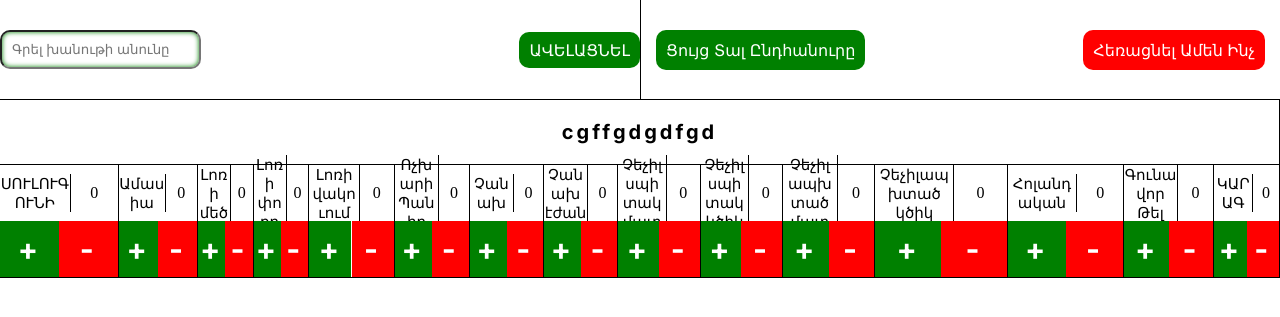
Repository: AbApin/amasia
Page: /
An editor plug-in stored every save of this project. The page is shown before and after the next save, followed by the edit.
The browser window is 1280 px wide. The pictures show the whole page.
The project was rebuilt for these pictures with package versions that can differ from the ones it lists, and the page was loaded fresh each time. Also part of the build but not shown: vue.config.js.

Above is the page before, as saved 2023-02-03 11:49:53.

### public/index.html
<!DOCTYPE html>
<html lang="">
  <head>
    <meta charset="utf-8" />
    <meta http-equiv="X-UA-Compatible" content="IE=edge" />
    <meta name="viewport" content="width=device-width,initial-scale=1.0" />
    <link rel="icon" href="<%= BASE_URL %>favicon.ico" />
    <title><%= htmlWebpackPlugin.options.title %></title>
    <link
      href="https://fonts.googleapis.com/css?family=Inter:100,200,300,regular,500,600,700,800,900"
      rel="stylesheet"
    />
  </head>
  <body>
    <noscript>
      <strong
        >We're sorry but <%= htmlWebpackPlugin.options.title %> doesn't work properly without
        JavaScript enabled. Please enable it to continue.</strong
      >
    </noscript>
    <div id="app"></div>
    <!-- built files will be auto injected -->
  </body>
</html>

### src/main.js
import Vue from 'vue';
import App from './App.vue';
import store from './store';
store.subscribe((mutation, state) => {
  localStorage.setItem('xanutner', JSON.stringify(state.xanutner));
  localStorage.setItem('datarkXanutner', JSON.stringify(state.isEmpty));
});
Vue.config.productionTip = false;

new Vue({
  store,
  render: (h) => h(App),
}).$mount('#app');

### src/App.vue
<template>
  <div id="app">
    <div class="header">
      <div class="avelacnelXanut">
        <input type="text" class="avelacnelInput" placeholder="Գրել խանութի անունը">
        <button class="avelacnelBtn">Ավելացնել</button>
      </div>
      <div class="cuycTal">
        <button class="cuycTalBtn" @click="isClick = true">ցույց տալ ընդհանուրը</button>
        <button class="heracnelBtn" @click="REMOVEALL">հեռացնել ամեն ինչ</button>
      </div>
      <div v-show="isClick" class="endhanurQanak">
        <button @click="isClick = false" class="closeBtn">X</button>
        <div class="endhanurQanakInner" :class="!ISEMPTY ? 'ovAuto' : ''">
          <p v-if="ISEMPTY" class="noProducts">Ոչ մի ապրանք</p>
          <ul class="endhanurQanakiList">
            <li
              v-for="xanutiAnun in Object.keys(ZAKAZNER)"
              :key="xanutiAnun"
              class="endhanurQanakiListItem"
            >
              <p class="endhanurQanakiListItemXanutiAnun">{{ xanutiAnun }}</p>
              <ul class="endhanurApranqneriList">
                <li
                  v-for="endhanurApranq in ZAKAZNER[xanutiAnun]"
                  :key="endhanurApranq.anun"
                  class="endhanurApranqneriListItem"
                >
                  <p class="endhanurApranqneriListItemAnun">{{ endhanurApranq.anun }}</p>
                  <p class="endhanurApranqneriListItemQanak">{{ endhanurApranq.qanak }}</p>
                </li>
              </ul>
            </li>
          </ul>
        </div>
      </div>
    </div>
    <div class="content">
      <ul class="contentList">
        <li v-for="xanutiAnun in Object.keys(XANUTNER)" :key="xanutiAnun" class="contentItem">
          <p class="xanutiAnun">{{ xanutiAnun }}</p>
          <ul class="apranqneriList">
            <li
              v-for="(apranq, apranqiHamar) in XANUTNER[xanutiAnun]"
              :key="apranqiHamar"
              class="apranqneriListItem"
            >
              <div class="apranqiText">
                <p class="apranqiAnun">{{ apranq.anun }}</p>
                <p class="apranqiQanak">{{ apranq.qanak }}</p>
              </div>
              <div class="apranqiAvelPakas">
                <button class="plus apranqiBtn" @click="AVELACNEL({ xanutiAnun, apranqiHamar })">
                  +
                </button>
                <button class="minus apranqiBtn" @click="PAKASACNEL({ xanutiAnun, apranqiHamar })">
                  -
                </button>
              </div>
            </li>
          </ul>
        </li>
      </ul>
    </div>
  </div>
</template>

<script>
import { mapGetters, mapMutations } from 'vuex';
export default {
  name: 'App',
  components: {},
  data() {
    return {
      isClick: false,
    };
  },
  beforeMount() {
    this.INITIAL();
  },
  methods: {
    ...mapMutations(['AVELACNEL', 'PAKASACNEL', 'INITIAL', 'REMOVEALL']),
  },
  computed: {
    ...mapGetters(['XANUTNER', 'ZAKAZNER', 'ISEMPTY']),
  },
};
</script>

<style>
@import './app.css';
</style>

### src/store/index.js
import Vuex from 'vuex';
import Vue from 'vue';

Vue.use(Vuex);

const store = new Vuex.Store({
  state: {
    xanutner: {
      cgffgdgdfgd: [
        { anun: 'ՍՈՒԼՈՒԳՈՒՆԻ', qanak: 0 },
        { anun: 'Ամասիա', qanak: 0 },
        { anun: 'Լոռի մեծ', qanak: 0 },
        { anun: 'Լոռի փոքր', qanak: 0 },
        { anun: 'Լոռի վակուում', qanak: 0 },
        { anun: 'Ոչխարի Պանիր', qanak: 0 },
        { anun: 'Չանախ', qanak: 0 },
        { anun: 'Չանախ էժան', qanak: 0 },
        { anun: 'Չեչիլ սպիտակ մատ', qanak: 0 },
        { anun: 'Չեչիլ սպիտակ կծիկ', qanak: 0 },
        { anun: 'Չեչիլ ապխտած մատ', qanak: 0 },
        { anun: 'Չեչիլապխտած կծիկ', qanak: 0 },
        { anun: 'Հոլանդական', qanak: 0 },
        { anun: 'Գունավոր Թել', qanak: 0 },
        { anun: 'ԿԱՐԱԳ', qanak: 0 },
      ],
    },
    isEmpty: true,
  },
  mutations: {
    AVELACNEL(state, payload) {
      state.xanutner[payload.xanutiAnun][payload.apranqiHamar].qanak += 1;
    },
    PAKASACNEL(state, payload) {
      let qanak = state.xanutner[payload.xanutiAnun][payload.apranqiHamar].qanak;
      if (qanak >= 1) {
        state.xanutner[payload.xanutiAnun][payload.apranqiHamar].qanak -= 1;
      }
      console.log(state.$getters.ZAKAZNER);
    },
    INITIAL(state) {
      if (localStorage.getItem('xanutner')) {
        state.xanutner = JSON.parse(localStorage.xanutner);
      } else if (localStorage.getItem('datarkXanutner')) {
        state.isEmpty = JSON.parse(localStorage.datarkXanutner);
      }
    },
    REMOVEALL(state) {
      Object.keys(state.xanutner).forEach((xanut) => {
        state.xanutner[xanut].map((el) => {
          el.qanak = 0;
        });
      });
      state.isEmpty = true;
    },
  },
  getters: {
    XANUTNER(state) {
      localStorage.setItem('key', JSON.stringify(state));
      return state.xanutner;
    },
    ZAKAZNER(state) {
      let zakazner = {};
      Object.keys(state.xanutner).forEach((xanut) => {
        zakazner[xanut] = state.xanutner[xanut].filter(function (el) {
          return el.qanak > 0;
        });
        if (zakazner[xanut].length === 0) {
          delete zakazner[xanut];
        }
      });
      Object.keys(zakazner).forEach((zakaz) => {
        if (zakazner[zakaz].length === 0) {
          state.isEmpty = true;
        } else {
          state.isEmpty = false;
        }
      });

      return zakazner;
    },
    ISEMPTY(state) {
      return state.isEmpty;
    },
  },
});

export default store;

### src/app.css
*,
*::after,
*::before {
  margin: 0;
  padding: 0;
  box-sizing: border-box;
}
ul {
  list-style: none;
}
#app {
  display: flex;
  flex-direction: column;
  min-height: 100vh;
}
.header {
  display: flex;
  justify-content: space-between;
  width: 100%;
  height: 100px;
  border-bottom: 1px solid #000;
}
.avelacnelXanut {
  display: flex;
  justify-content: space-between;
  width: 50%;
  gap: 20px;
  align-items: center;
}
.avelacnelBtn {
  font-family: 'Inter';
  font-size: 16px;
  line-height: 1;
  text-transform: uppercase;
  border: none;
  padding: 10px;
  background: green;
  color: #fff;
  border-radius: 10px;
}
.avelacnelInput {
  padding: 10px;
  border-radius: 10px;
  outline: none;
  box-shadow: inset 0 0 5px green;
}
.contentList {
  display: flex;
  flex-direction: column;
}
.contentItem {
  display: flex;
  flex-direction: column;
  justify-content: space-between;
}
.xanutiAnun {
  display: flex;
  align-items: center;
  justify-content: center;
  width: 100%;
  font-family: 'Inter';
  font-size: 20px;
  font-weight: 700;
  letter-spacing: 3px;
  word-wrap: break-word;
  padding: 20px 30px;
  border: 1px solid #000;
  border-top: 0;
  border-left: 0;
}
.apranqneriList {
  width: 100%;
  display: flex;
  justify-content: space-between;
}
.apranqneriListItem {
  display: flex;
  flex-direction: column;
  flex: 1 1 0;
  border: 1px solid #000;
  border-top: 0;
  border-left: 0;
}
.apranqiText {
  display: flex;
  justify-content: space-between;
  align-items: center;
  height: 50%;
}
.apranqiAnun {
  font-family: 'Inter';
  font-size: 15px;
  font-weight: 500;
  word-wrap: break-word;
  text-align: center;
  width: 60%;
  border-right: 1px solid #000;
}
.apranqiQanak {
  display: flex;
  justify-content: center;
  align-items: center;
  width: 40%;
}
.apranqiAvelPakas {
  display: flex;
  justify-content: space-between;
  width: 100%;
  height: 50%;
}
.apranqiBtn {
  display: inline-flex;
  justify-content: center;
  align-items: center;
  font-family: 'Inter';
  font-size: 30px;
  font-weight: 700;
  letter-spacing: 3px;
  border: none;
  color: #fff;
  width: 50%;
  cursor: pointer;
}
.plus {
  background: green;
}
.minus {
  background: red;
}
.cuycTal {
  width: 50%;
  display: flex;
  align-items: center;
  justify-content: space-between;
  gap: 10px;
  padding: 15px;
  border-left: 1px solid #000;
}
.heracnelBtn,
.cuycTalBtn {
  display: inline-block;
  font-family: 'Inter';
  font-size: 16px;
  padding: 10px;
  border-radius: 10px;
  border: none;
  color: #fff;
  text-transform: capitalize;
  cursor: pointer;
  transition: all 0.3s linear;
}
.heracnelBtn {
  background: red;
}
.cuycTalBtn {
  background: green;
}

/* endahnur */
.endhanurQanak {
  display: flex;
  justify-content: center;
  align-items: center;
  position: fixed;
  z-index: 999;
  top: 0;
  left: 0;
  width: 100%;
  height: 100%;
  background-color: rgba(0, 0, 0, 0.7);
}
.endhanurQanakInner {
  width: 90%;
  height: 90%;
  background: #fff;
  box-shadow: 0 0 10px #fff;
  border-radius: 20px;
}
.ovAuto {
  overflow: auto;
}
.endhanurQanakiList {
  display: flex;
  flex-direction: column;
  justify-content: space-between;
  height: 100%;
}
.endhanurQanakiListItem {
  display: flex;
  align-items: center;
  flex: 1 1 0;
  border-bottom: 1px solid #000;
}
.endhanurQanakiListItem:last-child {
  border-bottom: none;
}
.endhanurQanakiListItemXanutiAnun {
  border-right: 1px solid #000;
  width: 10%;
  display: flex;
  align-items: center;
  justify-content: center;
  height: 100%;
  font-family: 'Inter';
  font-size: 18px;
  letter-spacing: 1px;
  text-transform: capitalize;
}
.endhanurApranqneriList {
  height: 100%;
  width: 90%;
  display: flex;
  flex-direction: column;
  justify-content: space-between;
  overflow: auto;
}
.endhanurApranqneriListItem {
  display: flex;
  gap: 10px;
  flex: 1 1 0;
  align-items: center;
  justify-content: flex-start;
  padding: 10px;
  border-bottom: 1px solid #000;
}
.endhanurApranqneriListItem:last-child {
  border-bottom: none;
}
.endhanurApranqneriListItemQanak {
  color: red;
  font-size: 25px;
  font-family: 'Inter';
  font-weight: 700;
}
.endhanurApranqneriListItemAnun {
  font-weight: bold;
  font-size: 20px;
}
.noProducts {
  display: flex;
  justify-content: center;
  align-items: center;
  font-size: 2rem;
  font-family: 'Inter';
  font-style: italic;
  font-weight: 700;
  width: 100%;
  height: 100%;
  padding: 20px;
}
.closeBtn {
  display: inline-block;
  color: #fff;
  font-size: 25px;
  position: absolute;
  right: 15px;
  top: 5px;
  background: transparent;
  border: none;
  cursor: pointer;
}

@media screen and (max-width: 767px) {
  .header {
    flex-direction: column-reverse;
    height: 150px;
  }
  .avelacnelXanut {
    padding: 20px;
    height: 50%;
    width: 100%;
  }
  .cuycTal {
    width: 100%;
    height: 50%;
    gap: 5px;
    padding: 10px;
    border: 0;
    border-bottom: 1px solid #000;
  }
  .apranqneriList {
    overflow: auto;
  }
  .apranqneriListItem {
    min-width: 150px;
  }
  .endhanurQanakiListItemXanutiAnun {
    width: 50%;
    letter-spacing: 0;
    font-size: 16px;
    padding: 5px;
  }
}

After the next save:
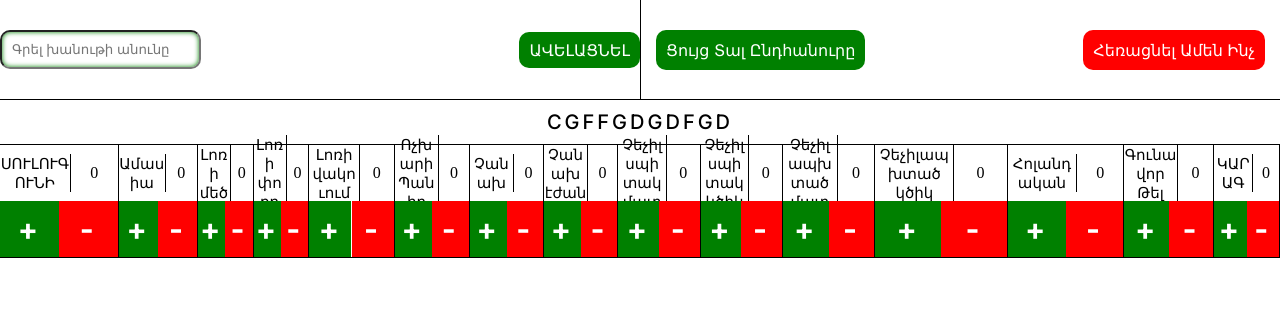
Saved 4 s later.
--- a/src/app.css
+++ b/src/app.css
@@ -60,13 +60,15 @@ ul {
   width: 100%;
   font-family: 'Inter';
   font-size: 20px;
-  font-weight: 700;
+  font-weight: 500;
   letter-spacing: 3px;
   word-wrap: break-word;
-  padding: 20px 30px;
+  padding: 10px;
   border: 1px solid #000;
   border-top: 0;
   border-left: 0;
+  border-right: 0;
+  text-transform: uppercase;
 }
 .apranqneriList {
   width: 100%;
